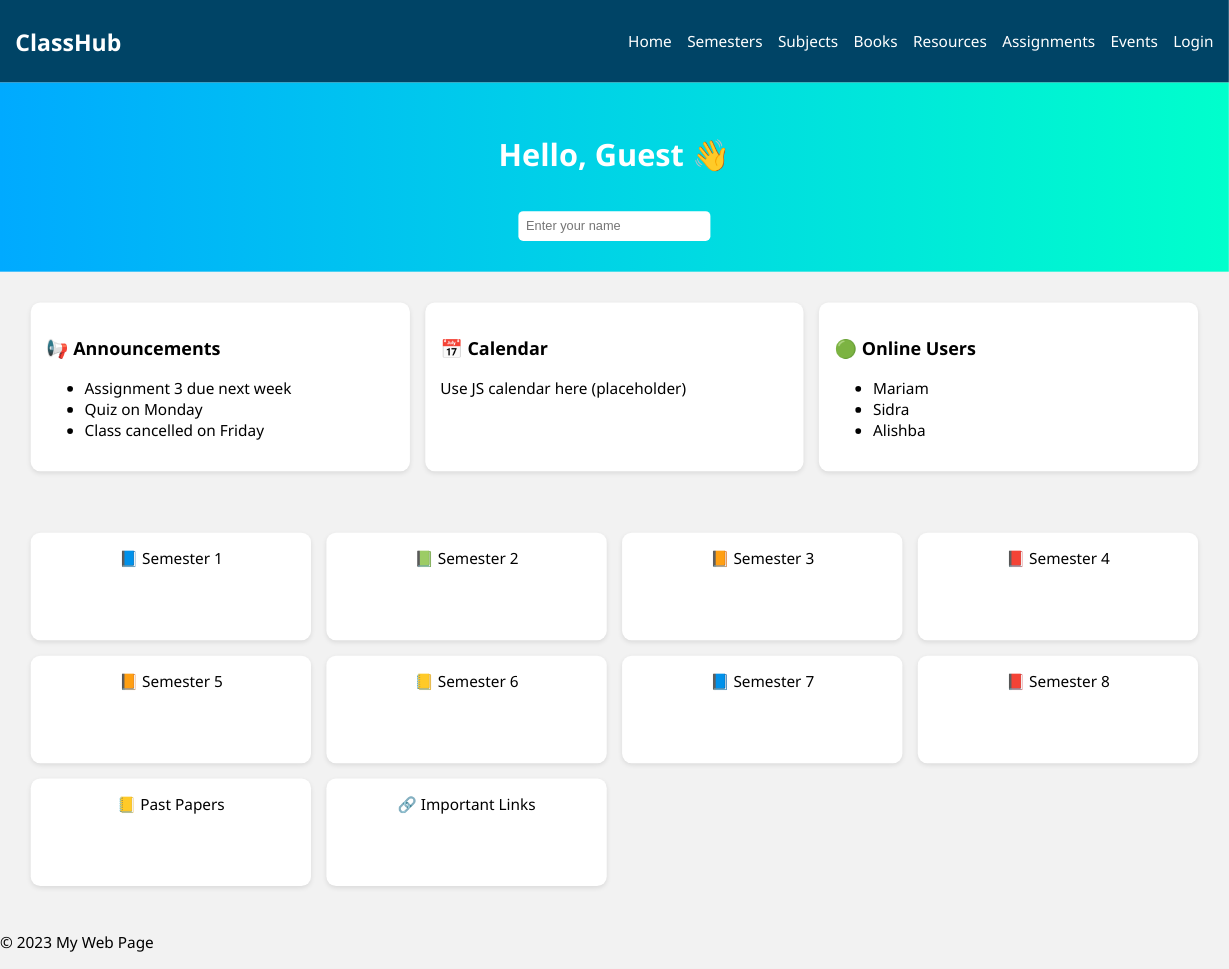
Repository: MariamSawera/eduNova
Page: index.html
These files come from the project's save history. The page is drawn as it stood at one moment and after the next save; the edit follows.
The browser window is 1280 px wide. The pictures show the whole page, at 96% of full size.

Above is the page before, as saved 2025-07-21 16:45:28.

After the next save:
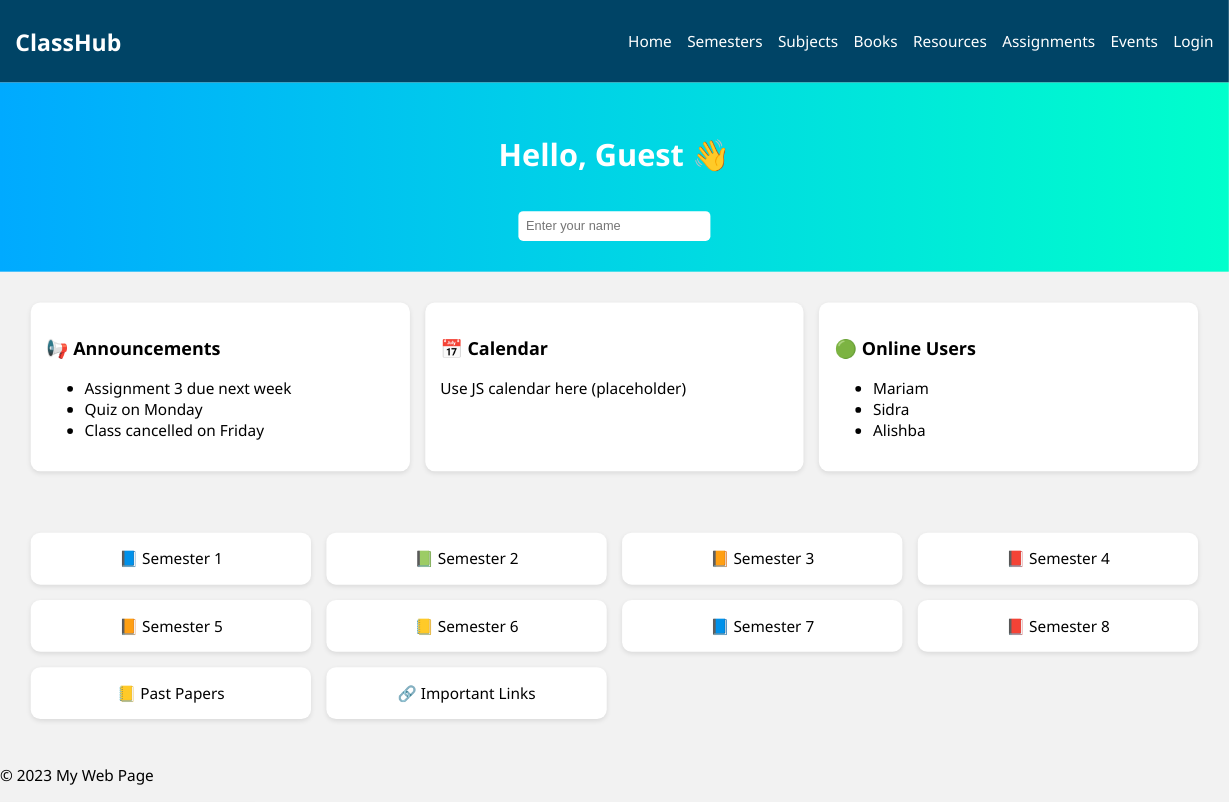
Saved 8 s later.
--- a/styles.css
+++ b/styles.css
@@ -75,5 +75,5 @@
       padding: 1rem;
       border-radius: 10px;
       box-shadow: 0 2px 5px rgba(0,0,0,0.1);
-      height: 80px;
+      /* height: 80px; */
     }

After the save that followed:
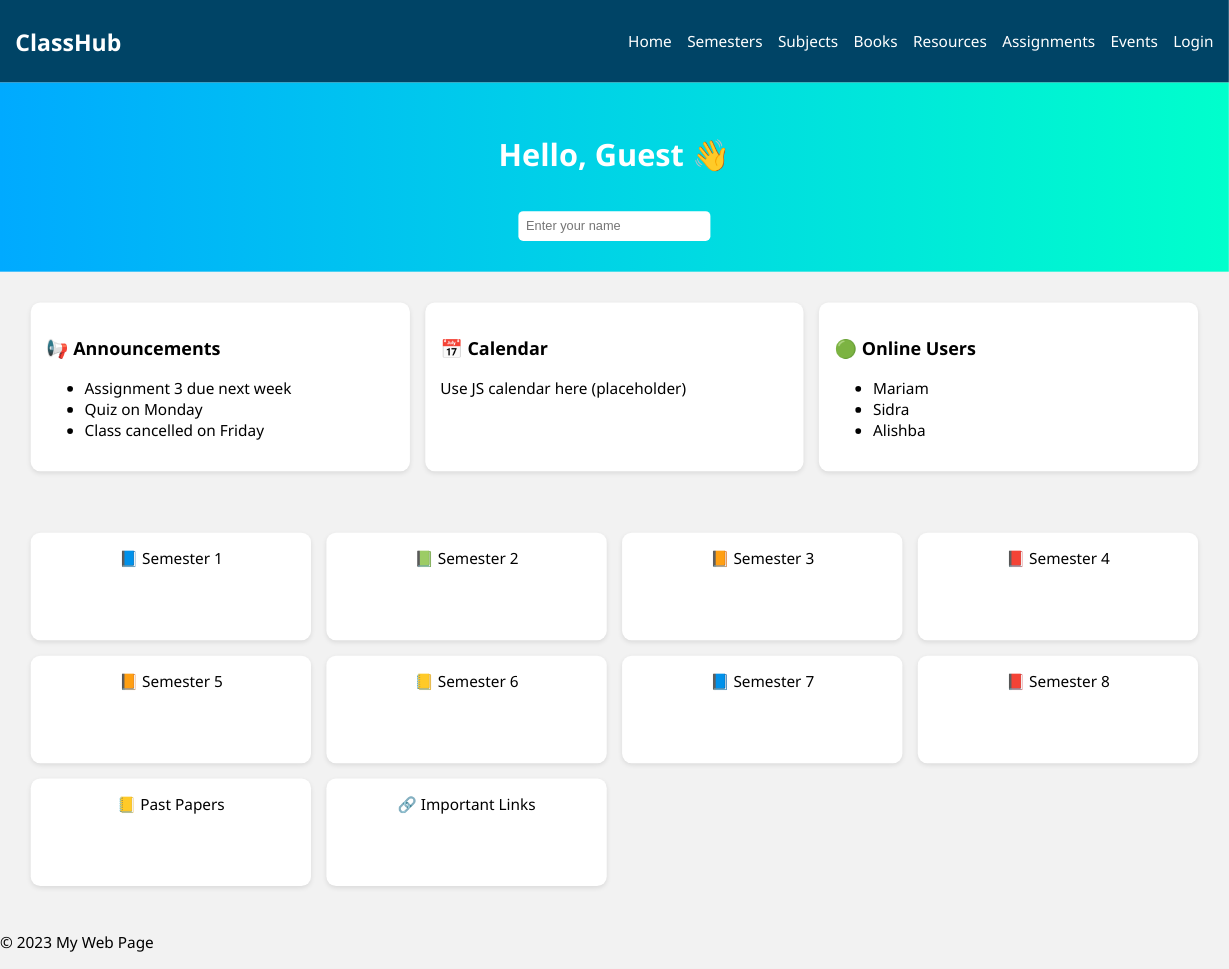
Saved 8 s later.
--- a/styles.css
+++ b/styles.css
@@ -75,5 +75,5 @@
       padding: 1rem;
       border-radius: 10px;
       box-shadow: 0 2px 5px rgba(0,0,0,0.1);
-      /* height: 80px; */
+      height: 80px;
     }
